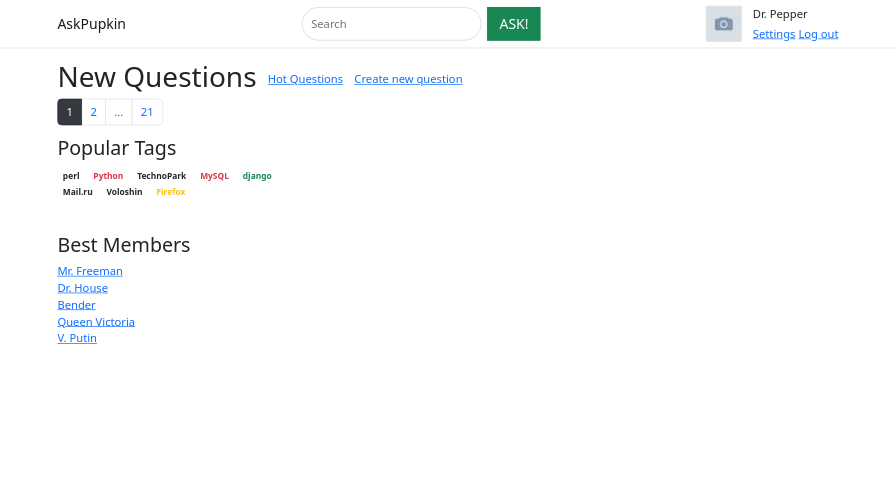
Repository: MiniDan21/askme_molchanov_django
Page: http://localhost/
These files come from the project's save history. The page is drawn as it stood at one moment and after the next save; the edit follows.
The browser window is 1280 px wide. The pictures show the part of the page from y = 0 to 1920 px (the page is 720 px tall before and 5947 px after), at 70% of full size.
The page is served by the project's application, run on Django 5.2 (manage.py).

Above is the page before, as saved 2024-04-09 18:31:58.

After the next save:
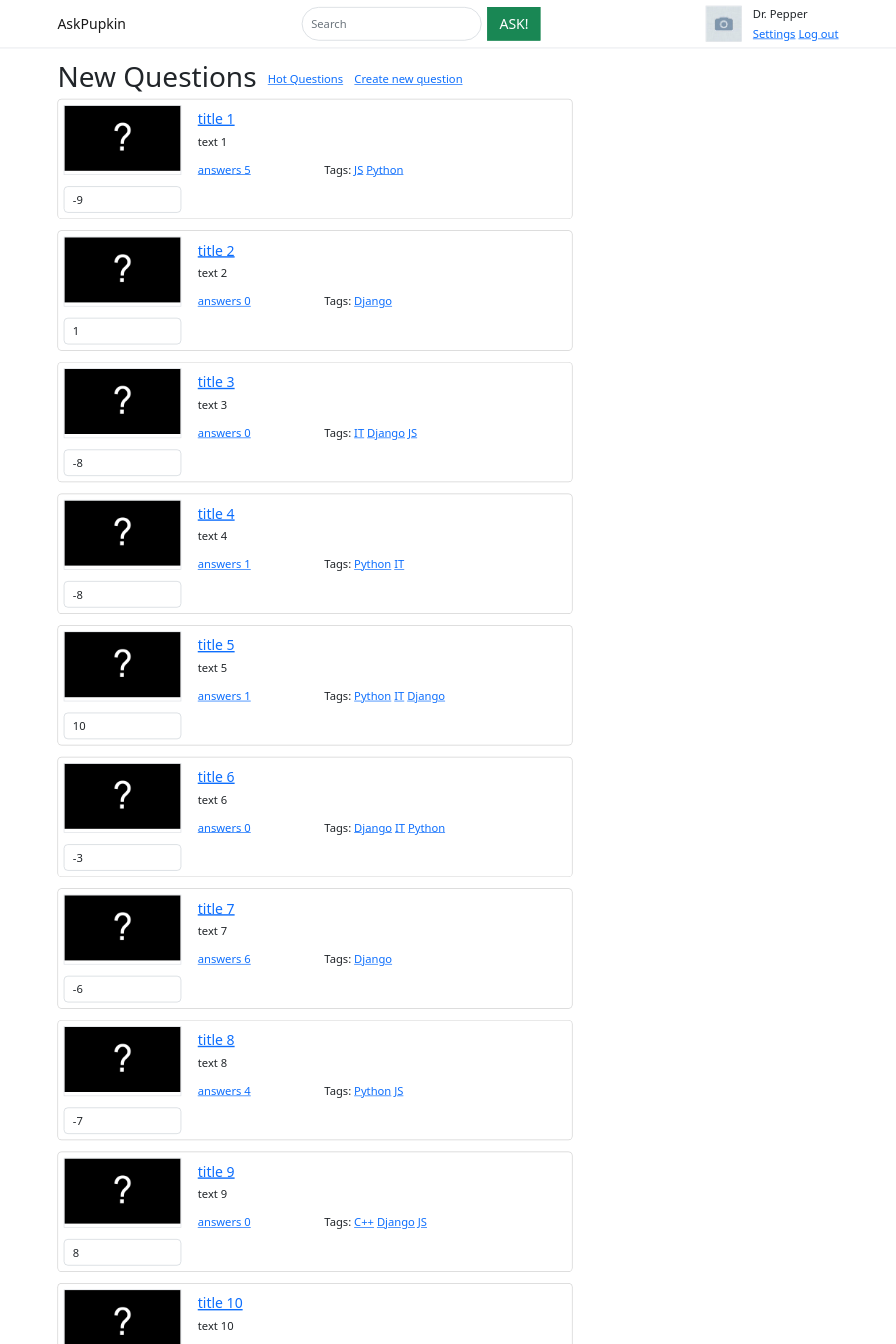
Saved 17 s later.
--- a/templates/index.html
+++ b/templates/index.html
@@ -6,7 +6,8 @@
         <a href="/hot">Hot Questions</a>
         <a href="/ask">Create new question</a>
       </div>
-        {% include 'layouts/pagination.html' %}
-        {% include 'layouts/popular.html' %}
+      {% include 'layouts/question_list.html' %}
+      {% include 'layouts/pagination.html' %}
+      {% include 'layouts/popular.html' %}
 
     {% endblock %}
